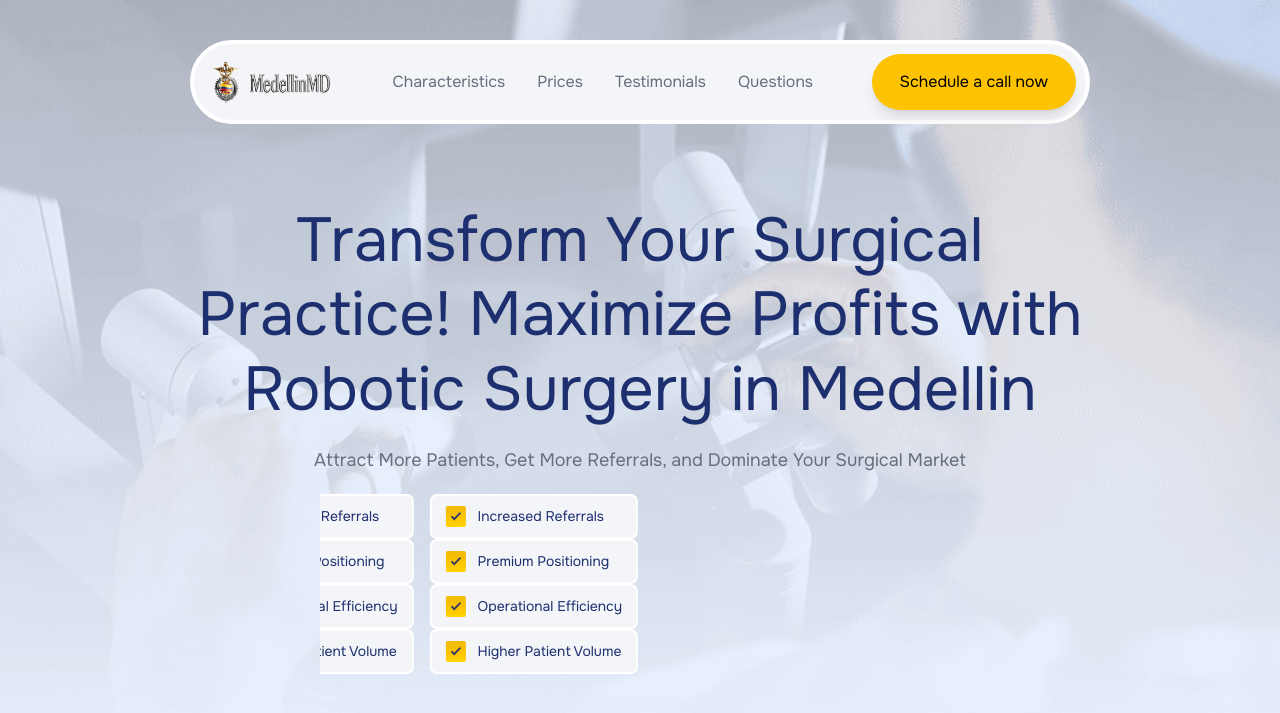
Repository: emmanueltech2019/cmd
Page: /home
These files come from the project's save history. The page is drawn as it stood at one moment and after the next save; the edit follows.
The browser window is 1280 px wide. The pictures show the whole page.
The project was rebuilt for these pictures with package versions that can differ from the ones it lists, and the page was loaded fresh each time. The framework's server and built-in components were replaced by stand-ins that run in the browser. Also part of the build but not shown: next.config.mjs.

Above is the page before, as saved 2025-05-15 16:42:58.

### src/app/home/page.jsx
import React from 'react'
import Image from 'next/image'
import medellinHero from '@/images/jpg/medellinHero.jpg'
import medellinLogo from '@/images/png/medellinLogo.png'
import medellinCheck from '@/images/png/medellinCheck.png'
import SlideView from '../components/SlideView'
import Button from '../components/Button'

const page = () => {
    const slideViewData = [
        { id: 1, text: 'Increased Referrals', image: medellinCheck },
        { id: 2, text: 'Premium Positioning', image: medellinCheck },
        { id: 3, text: 'Operational Efficiency', image: medellinCheck },
        { id: 4, text: 'Higher Patient Volume', image: medellinCheck },
    ];
  return (
    <>
        <div className={`h-screen w-full`}
            style={{
                backgroundImage: `url(${medellinHero.src})`,
                backgroundSize: 'cover',
                backgroundPosition: 'center',
                backgroundRepeat: 'no-repeat',
            }}
        >
            <nav className='py-5'>
                <div className="w-web-navwidth mx-auto bg-web-navwhite backdrop-blur-md p-web-nav-padding flex justify-between items-center rounded-web-radius border-white border-4 my-5">
                    <div className="w-web-logowidth h-web-logoheight flex justify-center items-center">
                        <Image src={medellinLogo} width={100} height={100} alt='medellin logo' className='w-full' />
                    </div>
                    <ul className="flex gap-web-navgap items-center text-navfontsize">
                        <li>
                            <button className='p-web-nav-padding bg-transparent hover:bg-web-blue text-web-navgray hover:text-white transition-all duration-500 rounded-web-navbtnradius'>Characteristics</button>
                        </li>
                        <li>
                            <button className='p-web-nav-padding bg-transparent hover:bg-web-blue text-web-navgray hover:text-white transition-all duration-500 rounded-web-navbtnradius'>Prices</button>
                        </li>
                        <li>
                            <button className='p-web-nav-padding bg-transparent hover:bg-web-blue text-web-navgray hover:text-white transition-all duration-500 rounded-web-navbtnradius'>Testimonials</button>
                        </li>
                        <li>
                            <button className='p-web-nav-padding bg-transparent hover:bg-web-blue text-web-navgray hover:text-white transition-all duration-500 rounded-web-navbtnradius'>Questions</button>
                        </li>
                    </ul>
                    <Button className='bg-web-yellow hover:bg-web-blue py-4 px-7 transition-all duration-500 hover:text-white shadow-lg rounded-web-radius'>Schedule a call now</Button>
                </div>
            </nav>
            <div className="mt-10 w-[100%] md:w-[70%] mx-auto">
                <h1 className="text-center text-web-blue text-webhero-font leading-webhero-lineheight">Transform Your Surgical Practice! Maximize Profits with Robotic Surgery in Medellin</h1>
                <p className='text-websubhero-font text-web-navgray text-center py-5'>Attract More Patients, Get More Referrals, and Dominate Your Surgical Market</p>
            </div>
            <div className="w-[50%] overflow-hidden flex whitespace-nowrap mx-auto">
                <div className="animate-slide">
                    {slideViewData.map((item) => (
                        <SlideView key={`a-${item.id}`}>
                            <div className="flex gap-3">
                                <Image src={item.image} alt='medellin check' width={100} height={100} className='w-5' />
                                {item.text}
                            </div>
                        </SlideView>
                    ))}
                </div>
                <div className="animate-slide">
                    {slideViewData.map((item) => (
                        <SlideView key={`b-${item.id}`}>
                            <div className="flex gap-3">
                                <Image src={item.image} alt='medellin check' width={100} height={100} className='w-5' />
                                {item.text}
                            </div>
                        </SlideView>
                    ))}
                </div>
            </div>
        </div>
    </>
  )
}

export default page

### src/app/globals.css
@import url('https://fonts.googleapis.com/css2?family=Onest:wght@100..900&family=Poppins:ital,wght@0,100;0,200;0,300;0,400;0,500;0,600;0,700;0,800;0,900;1,100;1,200;1,300;1,400;1,500;1,600;1,700;1,800;1,900&display=swap');

*{
  font-family: "Onest", sans-serif;
}

@tailwind base;
@tailwind components;
@tailwind utilities;

@font-face {
  font-family: 'Onset';
  src: url('/src/fonts/Onest-VariableFont_wght.ttf') format('truetype');
  font-weight: 400;
  font-style: normal;
  font-display: swap; /* recommended for better performance */
}

### src/app/components/SlideView.jsx
import React from 'react'

const slideview = ({ children }) => {
  return (
    <div className='p-web-heroslideview bg-web-navwhite border-white border-2 rounded-web-heroslideradius text-web-navfontsize text-web-blue mx-2 flex-shrink-0'>{children}</div>
  )
}

export default slideview

### src/app/components/button.jsx
import React from 'react'

const button = ({children}) => {
  return (
    <button className='bg-web-yellow hover:bg-web-blue py-4 px-7 transition-all duration-500 hover:text-white shadow-lg rounded-web-radius'>{children}</button>
  )
}

export default button

### tailwind.config.js
/** @type {import('tailwindcss').Config} */
export default {
  content: [
    "./index.html",
    "./src/**/*.{js,ts,jsx,tsx}",
  ],
  theme: {
    extend: {
      colors: {
        'web-blue': '#1d2f6f',
        'web-yellow': '#fdc201',
        'web-navwhite': '#f3f5f8',
        'web-navgray': '#646e7d',
      },
      boxShadow: {
        'web-shadow': '#abcbff08 0px 0.602187px 2.28831px 0px,'
      },
      padding: {
        'web-btn-padding': '16px 28px',
        'web-nav-padding': '10px',
        'web-heroslideview': '10px 14px'
      },
      lineHeight: {
        'webhero-lineheight': '74.4px'
      },
      fontSize: {
        'webhero-font': '62px',
        'websubhero-font': '18px',
        'web-navfontsize': '14px'
      },
      width: {
        'web-navwidth': '900px',
        'web-logowidth': '130px',
      },
      height: {
        'web-navheight': '76px',
        'web-logoheight': '56px'
      },
      borderRadius: {
        'web-radius': '99px',
        'web-navbtnradius': '8px',
        'web-heroslideradius': '7px'
      },
      gap: {
        'web-navgap': '12px'
      },
      fontFamily: {
        myFont: ['Onset']
      },
      keyframes: {
        'slide': {
          '0%': { transform: 'translateX(0)' },
          '100%': { transform: 'translateX(-100%)' },
        },
      },
      animation: {
        'slide': 'slide 10s linear infinite',
      },
    },
  },
  plugins: [],
}

Loaded but not shown: src/app/layout.jsx (common file)

After the next save:
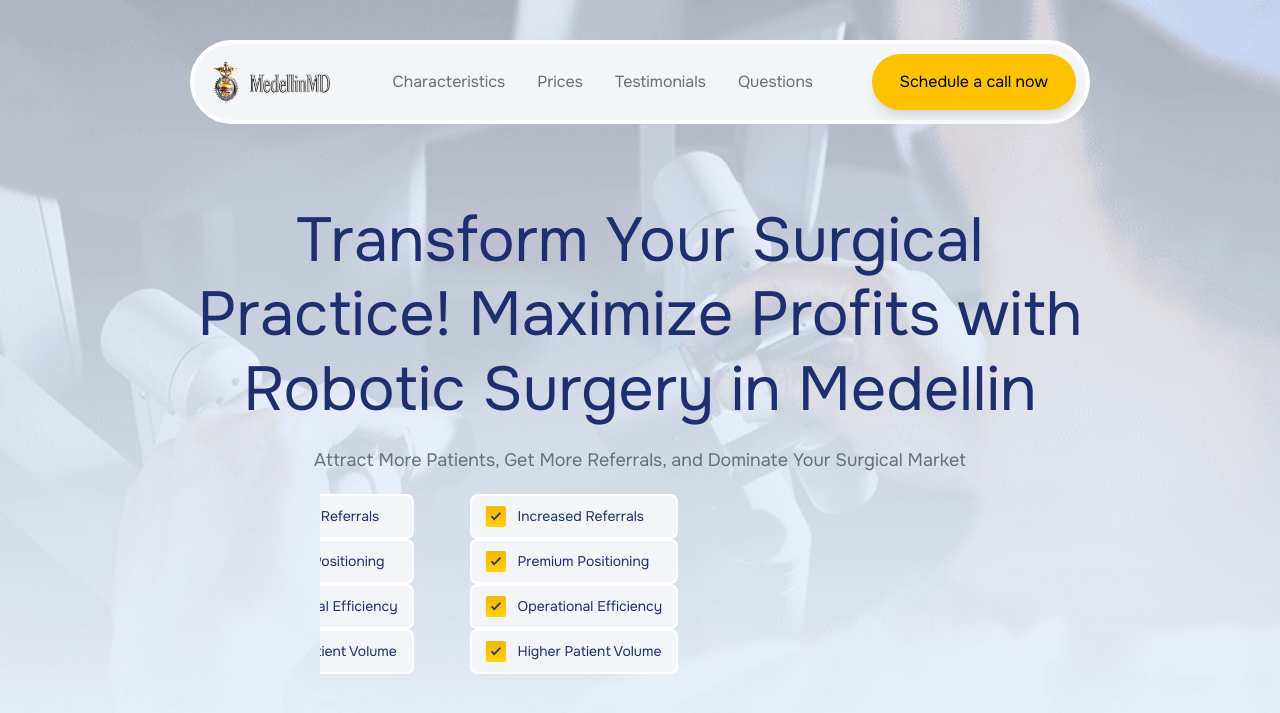
Saved 41 s later.
--- a/src/app/home/page.jsx
+++ b/src/app/home/page.jsx
@@ -49,7 +49,7 @@ const page = () => {
                 <h1 className="text-center text-web-blue text-webhero-font leading-webhero-lineheight">Transform Your Surgical Practice! Maximize Profits with Robotic Surgery in Medellin</h1>
                 <p className='text-websubhero-font text-web-navgray text-center py-5'>Attract More Patients, Get More Referrals, and Dominate Your Surgical Market</p>
             </div>
-            <div className="w-[50%] overflow-hidden flex whitespace-nowrap mx-auto">
+            <div className="w-[50%] overflow-hidden flex whitespace-nowrap mx-auto gap-10">
                 <div className="animate-slide">
                     {slideViewData.map((item) => (
                         <SlideView key={`a-${item.id}`}>
